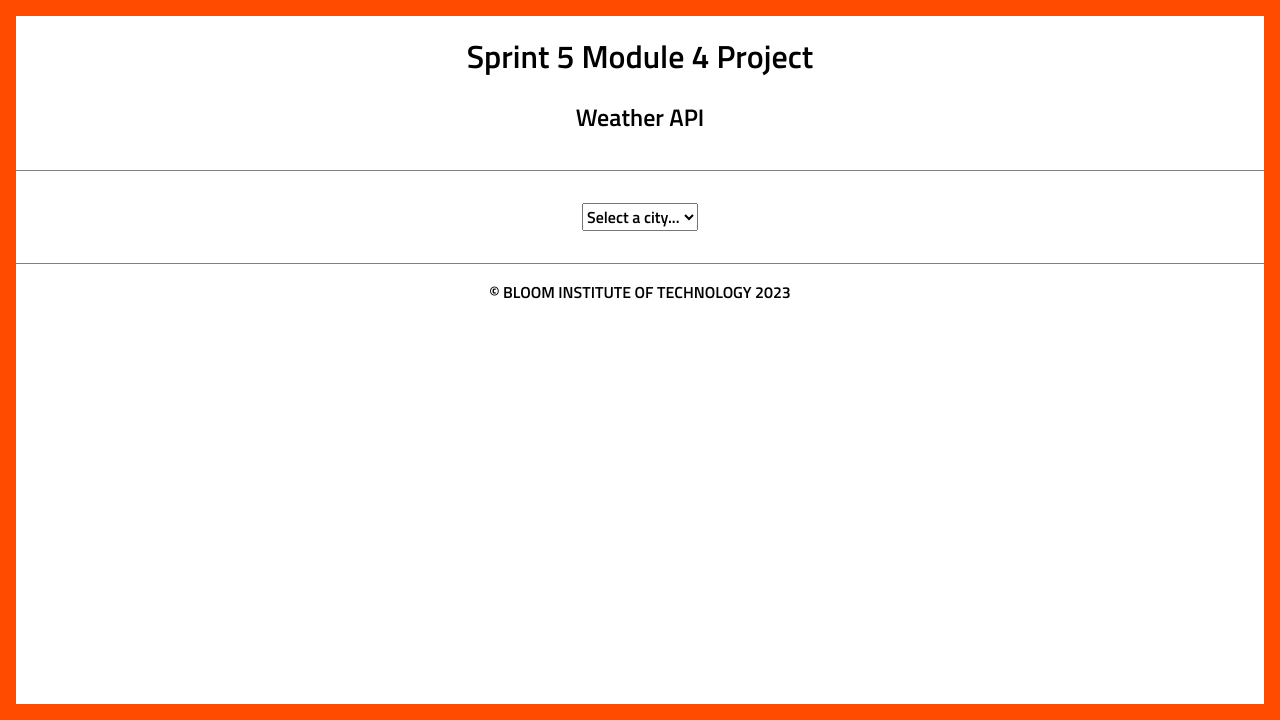
Repository: bloominstituteoftechnology/module-project-weather-api-yoshimario
Page: frontend/index.html
These files come from the project's save history. The page is drawn as it stood at one moment and after a run of saves; the edit follows.
The browser window is 1280 px wide. The pictures show the whole page.
An inner scrolling area shows only its first screen.

Above is the page before, as saved 2023-09-29 16:39:58.

After the next 2 saves:
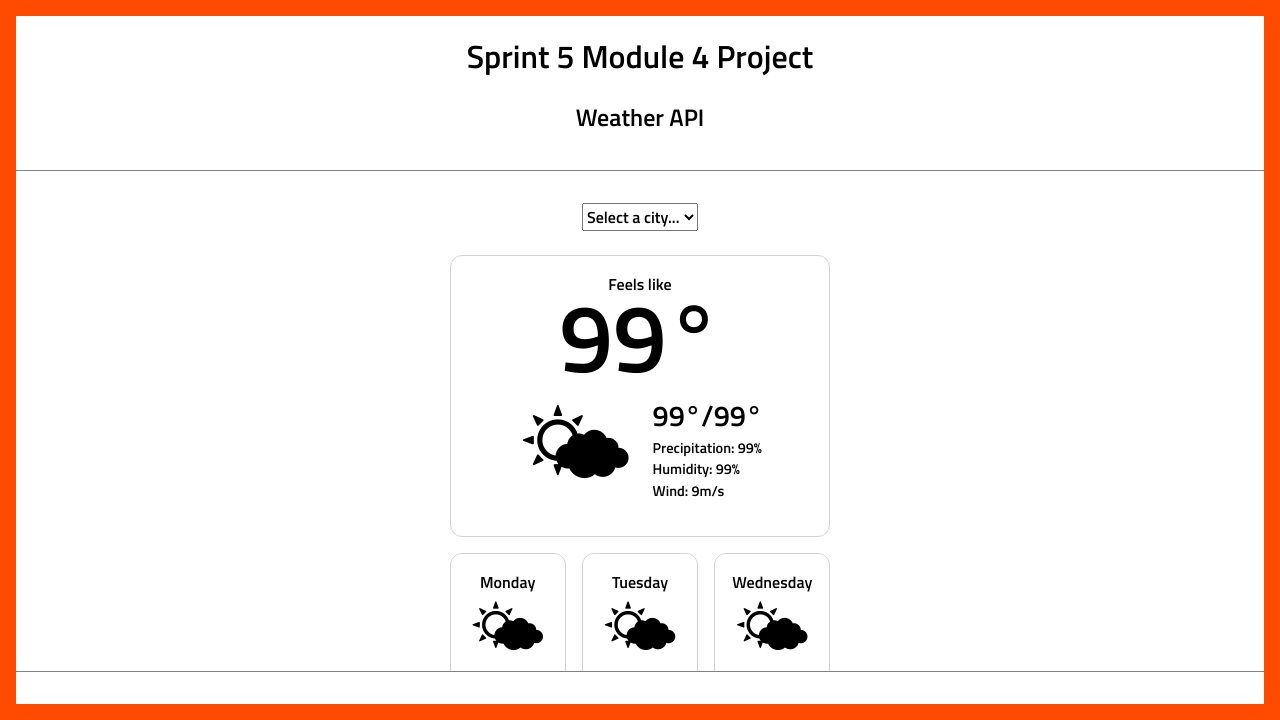
Console error: SyntaxError: Unexpected token '}'
The 2 saves are shown as one change because they came seconds apart.
The last was saved 7 s later.
--- a/frontend/index.js
+++ b/frontend/index.js
@@ -18,7 +18,7 @@
 
   // 👉 Tasks 1 - 5 go here
   document.querySelector('#weatherWidget').style.display = 'none'
-document.querySelector('#citySelect')
+document.querySelector('#citySelect').addEventListener('click', function
   // 👆 WORK WORK ABOVE THIS LINE 👆
 
 }

After the 3 saves that followed:
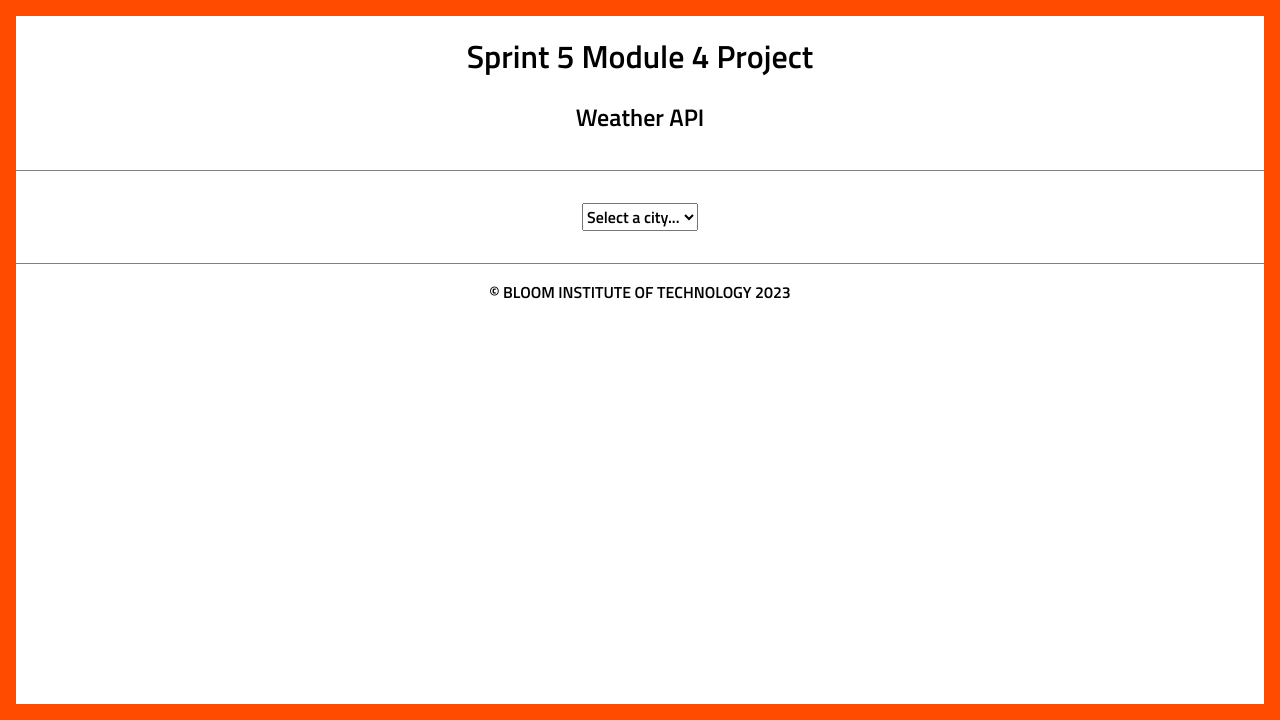
The error is gone.
The 3 saves are shown as one change because they came seconds apart.
The last was saved 11 s later.
--- a/frontend/index.js
+++ b/frontend/index.js
@@ -18,7 +18,7 @@
 
   // 👉 Tasks 1 - 5 go here
   document.querySelector('#weatherWidget').style.display = 'none'
-document.querySelector('#citySelect').addEventListener('click', function
+document.querySelector('#citySelect').addEventListener()
   // 👆 WORK WORK ABOVE THIS LINE 👆
 
 }
